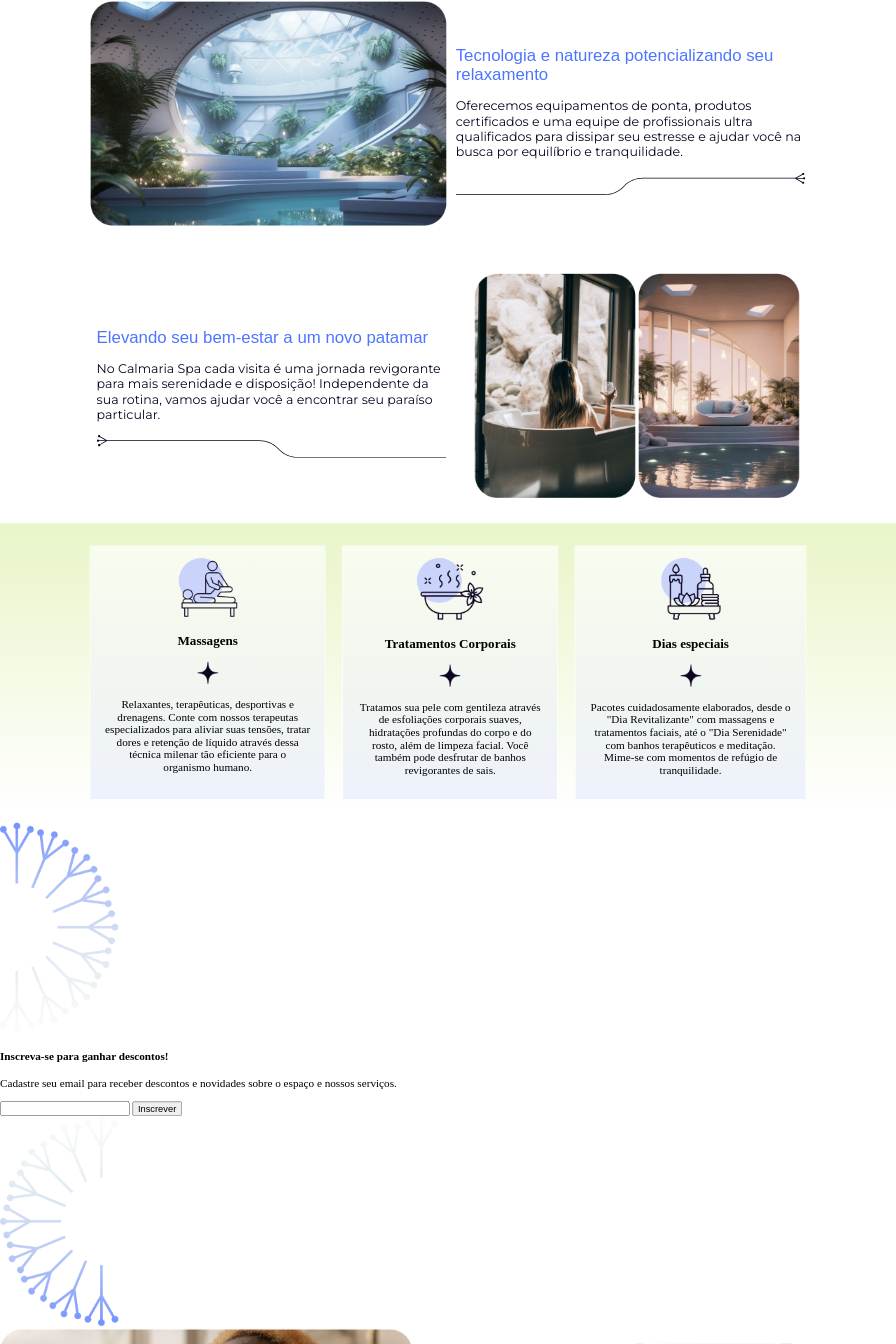
Repository: joaoPraiaJunior/curso-sass
Page: index.html
The author's editor kept a copy of each file at every save. The page is drawn from the files as they stood at one save, then again after a run of saves.
The browser window is 1280 px wide. The pictures show the part of the page from y = 848 to 2768 px (the page is 3385 px tall), at 70% of full size.
Some web fonts or font styles are not loaded; a fallback is used. The style sheet was rebuilt from its Sass, Less or Tailwind sources for each picture, by a compiler version that may differ from the author's.

Above is the page before, as saved 2024-07-06 17:25:35.

After the next 2 saves:
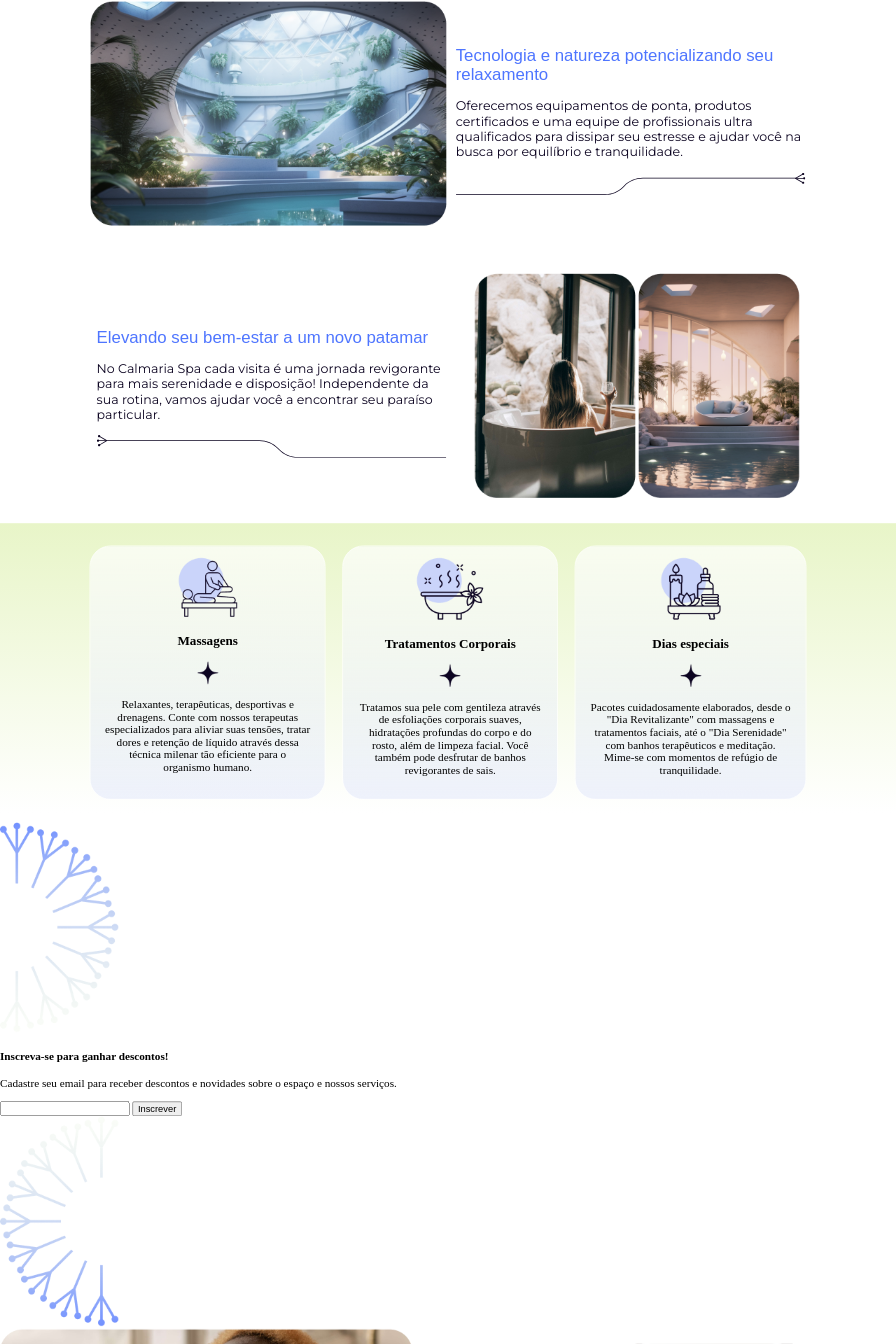
The 2 saves are shown as one change because they came seconds apart.
The last was saved 22 s later.
--- a/styles/components/_servicos.scss
+++ b/styles/components/_servicos.scss
@@ -15,6 +15,7 @@
             text-align: center;
             border: 1px solid #fff;
             padding: 1.6rem 2rem;
+            border-radius: 3rem;
         }
     }
 }
